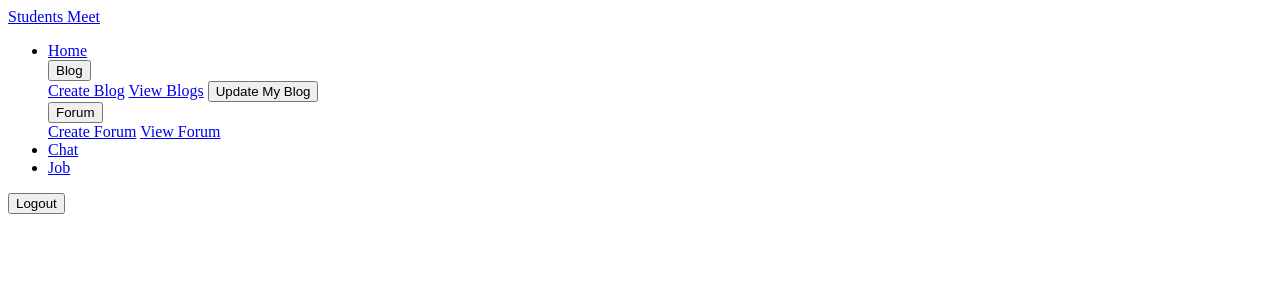
Repository: JamesArul/CLBSiteSTMT
Page: StudentsMeetFrontEnd/WebContent/Headers/UserHeader.html
An editor plug-in stored every save of this project. The page is shown before and after the next save, followed by the edit.
The browser window is 1280 px wide. The pictures show the whole page.

Above is the page before, as saved 2017-06-01 09:16:08.

After the next save:
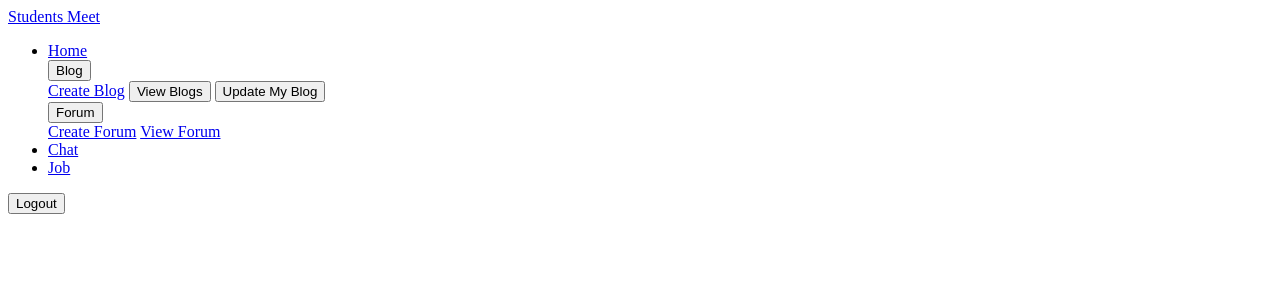
Saved 8 min 19 s later.
--- a/StudentsMeetFrontEnd/WebContent/Headers/UserHeader.html
+++ b/StudentsMeetFrontEnd/WebContent/Headers/UserHeader.html
@@ -10,7 +10,7 @@
       <button class="dropbtn">Blog</button>
     	<div class="dropdown-content">
       	 <a href="#!/goBlogCreate">Create Blog</a>
-      	 <a href="#!/goBlogViewAll">View Blogs</a>
+      	 <a href="#!/goBlogViewAll"><button onclick="ctrl.geBlogs()">View Blogs</button></a>
      	 <a href="#"><button onclick="ctrl.getMyBlogs()">Update My Blog</button></a>
     	</div>
       </div>
